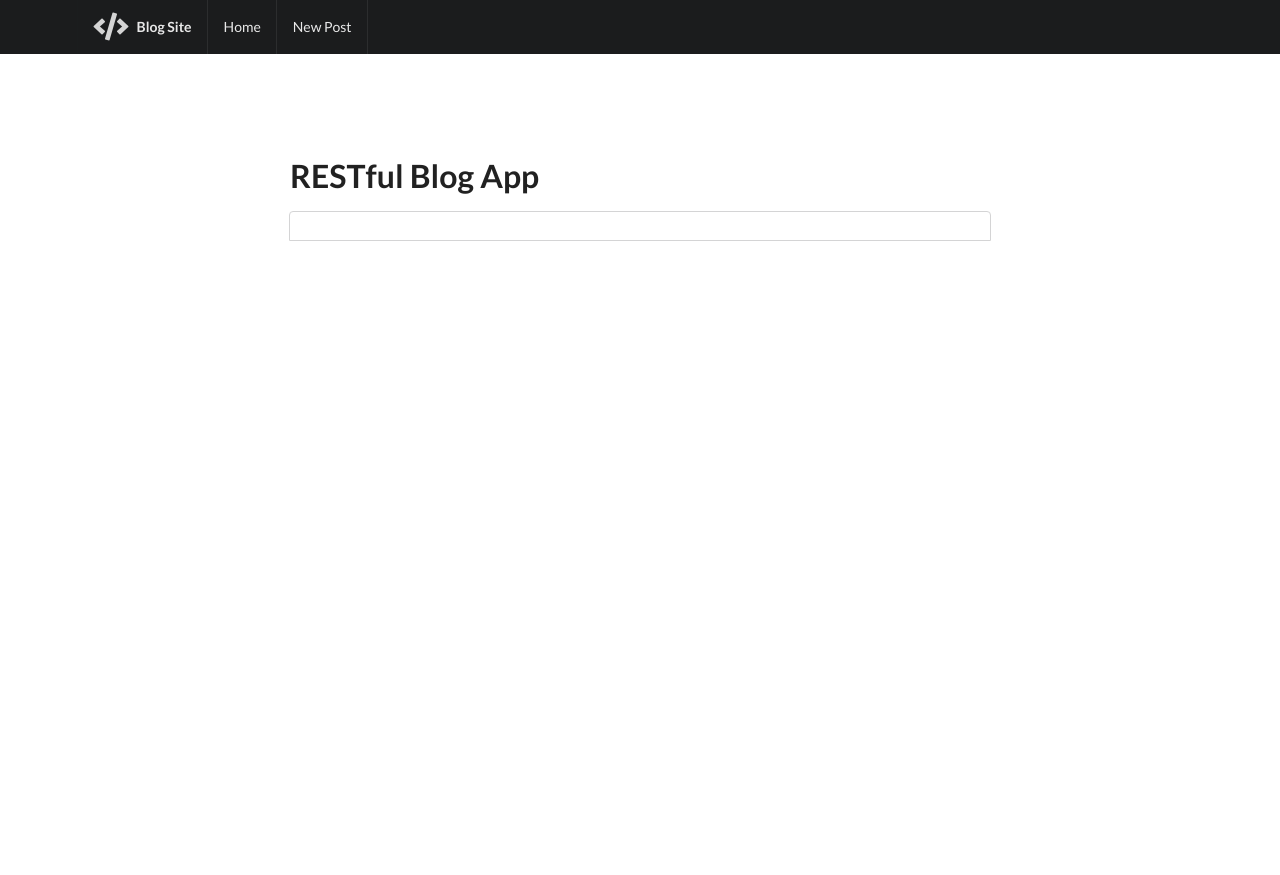
Repository: msuzuki23/AWS-Cloud9-YelpCamp
Page: http://localhost/blogs
The author's editor kept a record of every edit. The page is drawn from the files as they stood at one moment, then again after the next edit.
The browser window is 1280 px wide. The pictures show the whole page.
The page is served by the project's Node server (RestBlogs/app.js). Queries for data that is not in the repository find no rows.

Above is the page before.

### RestBlogs/views/index.ejs
<% include ./partials/header %>
<div class="ui main text container">
    <div class="ui huge header">RESTful Blog App</div>
    <div class="ui top attached segment">
        <div class="ui divided items">
            <% blogs.forEach(function(blog){ %>
                <div class="item">
                    <div class="image"><img src="<%= blog.image %>"></div>
                    <div class="content">
                        <a class=header%= blog.title %> -


                        <%= blog.created %>

                    </div>



                </div>



            <p><%= blog.body.substring(0,20) %>...</p>
            <a href="/blogs/<%= blog._id %>">Read More</a>
            <% }) %>




        </div>


    </div>


</div>
<% include ./partials/footer %>

### RestBlogs/views/partials/header.ejs
<html>
    <head>
        <title>Blog App</title>
        <link rel="stylesheet" type="text/css" href="https://cdnjs.cloudflare.com/ajax/libs/semantic-ui/2.4.1/semantic.css">
        <link rel="stylesheet" type="text/css" href="/stylesheets/app.css">
    </head>
    <body>
        <div class="ui fixed inverted menu">
            <div class="ui container">
                <div class="header item"><i class="code icon"></i>Blog Site</div>
                <a href="/" class="item">Home</a>
                <a href="/blogs/new" class="item">New Post</a>
            </div>
        </div>

### RestBlogs/app.js
var express = require("express"),
app = express(),
bodyParser = require("body-parser"),
mongoose = require("mongoose"),
methodOverride = require("method-override");

//APP CONFIG
mongoose.connect("mongodb://localhost/restful_blog_app", {useNewUrlParser: true});
app.set("view engine", "ejs");
app.use(express.static("public"));
app.use(bodyParser.urlencoded({extended: true}));
app.use(methodOverride("_method"));

//MONGOOSE/MODEL CONFIG
var blogSchema = new mongoose.Schema({
   title: String,
   image: String,
   body: String,
   created: {type: Date, default: Date.now}
});
var Blog = mongoose.model("Blog", blogSchema);

// Blog.create({
//     title: "This is a Porsche",
//     image: "https://files1.porsche.com/filestore/image/multimedia/none/991-2nd-c2-t-modelimage-sideshot/model/835bee23-b26b-11e7-b591-0019999cd470/porsche-model.png",
//     body: "What a beautiful Yellow Car"
// });

//RESTFUL ROUTES
app.get("/", function(req, res){
    res.redirect("/blogs");
});

// INDEX ROUTE
app.get("/blogs", function(req, res){
    // res.render("index");
    Blog.find({}, function(err, blogs){
        if(err){
            console.log("ERROR");
        } else {
            res.render("index", {blogs: blogs});
        }
    });
});

// NEW ROUTE
app.get("/blogs/new", function(req, res){
    res.render("new");
});

// CREATE ROUTE
app.post("/blogs", function(req, res){
    // create blog
    Blog.create(req.body.blog, function(err, newBlog){
        if(err){
            res.render("new");
        } else {
            // then redirect to the index
            res.redirect("/blogs");
        }
    });
});

// SHOW ROUTE
app.get("/blogs/:id", function(req, res){
   Blog.findById(req.params.id, function(err, foundBlog){
      if(err){
          res.redirect("/blogs");
      } else {
          res.render("show", {blog: foundBlog})
      }
    })
});

//EDIT ROUTE
app.get("/blogs/:id/edit", function(req, res){
    Blog.findById(req.params.id, function(err, foundBlog){
        if(err){
            res.redirect("/blogs");
        } else {
            res.render("edit", {blog: foundBlog});
        }
    });
});

// UPDATE ROUTE
app.put("/blogs/:id", function(req, res){
    Blog.findByIdOneAndUpdate(req.params.id, req.body.blog, function(err, updatedBlog){
        if(err){
            res.redirect("/blogs");
        } else {
            res.redirect("/blogs/" + req.params.id);
        }
    });
});

// DELETE ROUTE
app.delete("/blogs/:id", function(req, res){
   //destroy blog
   Blog.findByIdAndRemove(req.params.id, function(err){
      if(err){
          res.redirect("/blogs");
      } else {
          res.redirect("/blogs");
      }
   });
   //redirect somewhere
});













// Tell Express to listen for requests (start server)
app.listen(process.env.PORT, process.env.IP, function(){
    console.log("Blog Server Started");
});

### RestBlogs/public/stylesheets/app.css
html {
    maring: 0 auto;
}

i.icon {
    font-size: 2em;
}

.container.main {
    margin-top: 10em;
}

#delete {
    display: inline;
}

Loaded but not shown: RestBlogs/views/partials/footer.ejs (common file)

After the next edit:
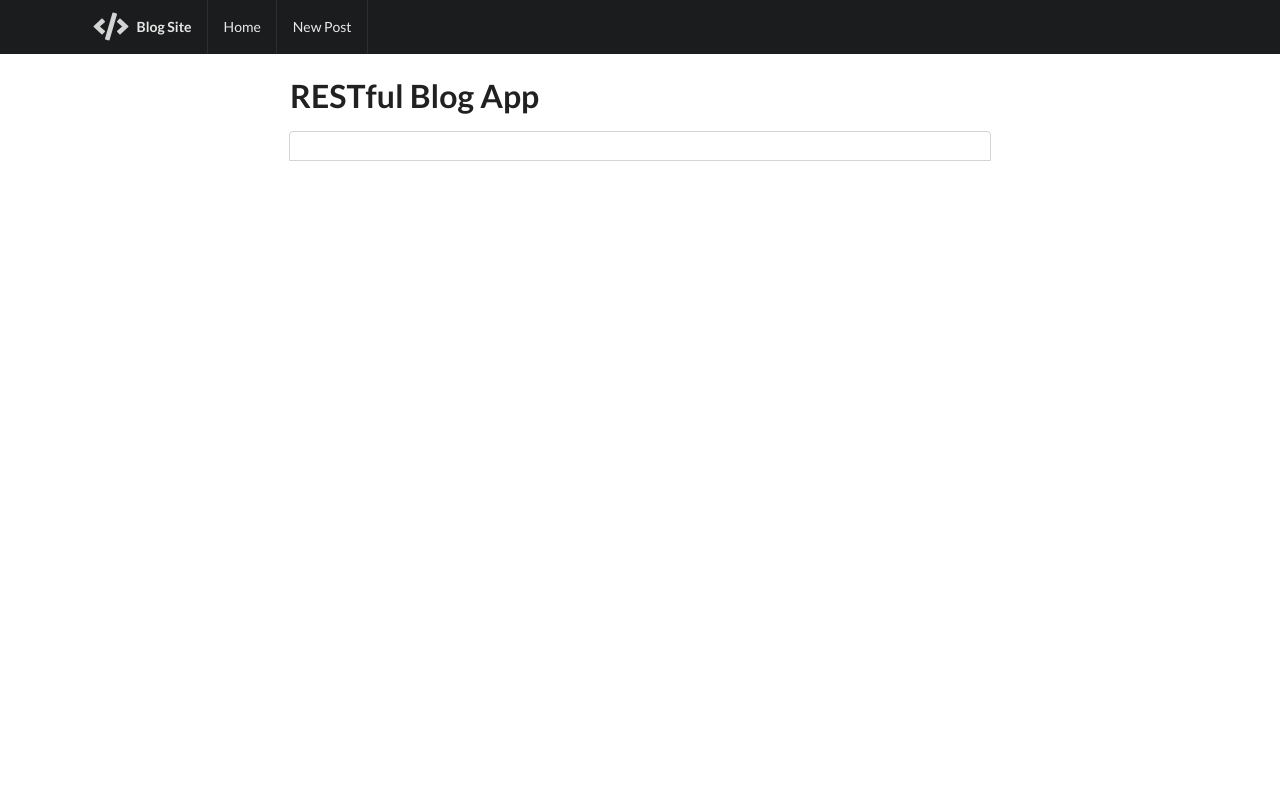
The edit:
--- a/RestBlogs/public/stylesheets/app.css
+++ b/RestBlogs/public/stylesheets/app.css
@@ -7,7 +7,7 @@
 }
 
 .container.main {
-    margin-top: 10em;
+    margin-top: 5em;
 }
 
 #delete {
